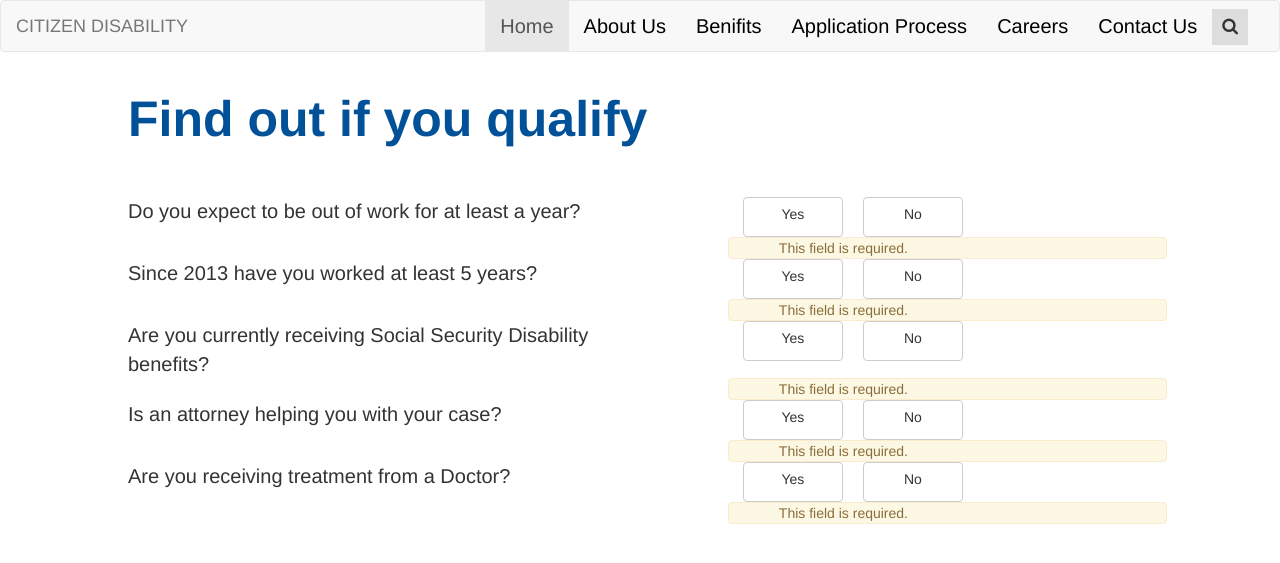
Repository: welcome0605/Embed-html-integrate-with-API
Page: Home.html
An editor plug-in stored every save of this project. The page is shown before and after the next save, followed by the edit.
The browser window is 1280 px wide. The pictures show the whole page.

Above is the page before, as saved 2019-04-27 15:43:38.

### Home.html
<!DOCTYPE html>
<html lang="en">
<head>
  <title>CITIZEN DISABILITY</title>
  <meta charset="utf-8">
  <meta name="viewport" content="width=device-width, initial-scale=1">
  <link rel="stylesheet" href="https://maxcdn.bootstrapcdn.com/bootstrap/3.4.0/css/bootstrap.min.css">
  <script src="https://ajax.googleapis.com/ajax/libs/jquery/3.3.1/jquery.min.js"></script>
  <script src="https://maxcdn.bootstrapcdn.com/bootstrap/3.4.0/js/bootstrap.min.js"></script>
  <link rel = "stylesheet" type = "text/css" href = "./css/base.css" />
  <link rel="stylesheet" href="https://cdnjs.cloudflare.com/ajax/libs/font-awesome/4.7.0/css/font-awesome.min.css">
</head>
<body>

<nav class="navbar navbar-default">
  <div class="container-fluid">
    <div class="navbar-header">
      <a class="navbar-brand" href="Home.html">CITIZEN DISABILITY</a>
    </div>
    <ul class="nav navbar-nav div_right">
      <li class="active"><a href="Home.html">Home</a></li>
      <li><a href="About Us.html">About Us</a></li>
      <li><a href="Benifits.html">Benifits</a></li>
      <li><a href="Application Process.html">Application Process</a></li>
      <li><a href="Careers.html">Careers</a></li>
      <li><a href="Contact Us.html">Contact Us</a></li>
      <!-- <input type="text" placeholder="Search.." name="search"> -->
      <button type="button"><i class="fa fa-search"></i></button>
    </ul>
  </div>
</nav>

<div class="container">
  <!-- <h3>Basic Navbar Example1</h3>
  <p>A navigation bar is a navigation header that is placed at the top of the page.</p> -->
  <!-- <form method="POST"> -->
    <!-- <div class="div_entire"> -->
      <div class="row"><h2 class="title">Find out if you qualify</h2></div>
      <div class="row radio_buttons" >
        <div class="row">
          <div class="col-md-6 div_label">Do you expect to be out of work for at least a year?</div>
          <div class="col-md-1"></div>
          <div class="col-md-5 btn-group-toggle" data-toggle="buttons">
            <label class="btn btn-default radio_q"><input type="radio"  value="Yes"  class="form_input valid" >Yes</label>
            <label class="btn btn-default radio_q"><input type="radio"  value="No"  class="form_input valid" >No</label>
          </div>
        </div>
        <div class="row">
          <div class="col-md-7"></div>
          <div class="alert alert-warning col-md-5 alert1">
            This field is required.
          </div>
        </div>
      </div>

      <div class="row radio_buttons" >
        <div class="row">
          <div class="col-md-6 div_label">Since 2013 have you worked at least 5 years?</div>
          <div class="col-md-1"></div>
          <div class="col-md-5 btn-group-toggle" data-toggle="buttons">
            <label class="btn btn-default radio_q"><input type="radio"  value="Yes"  class="form_input valid" >Yes</label>
            <label class="btn btn-default radio_q"><input type="radio"  value="No"  class="form_input valid" >No</label>
          </div>
        </div>
        <div class="row">
          <div class="col-md-7"></div>
          <div class="alert alert-warning col-md-5 alert2">
            This field is required.
          </div>
        </div>
      </div>

      <div class="row radio_buttons" >
        <div class="row">
          <div class="col-md-6 div_label">Are you currently receiving Social Security Disability benefits?</div>
          <div class="col-md-1"></div>
          <div class="col-md-5 btn-group-toggle" data-toggle="buttons">
            <label class="btn btn-default radio_q"><input type="radio"  value="Yes"  class="form_input valid" >Yes</label>
            <label class="btn btn-default radio_q"><input type="radio"  value="No"  class="form_input valid" >No</label>
          </div>
        </div>
        <div class="row">
          <div class="col-md-7"></div>
          <div class="alert alert-warning col-md-5 alert3">
            This field is required.
          </div>
        </div>
      </div>
      <div class="row radio_buttons" >
        <div class="row">
          <div class="col-md-6 div_label">Is an attorney helping you with your case?</div>
          <div class="col-md-1"></div>
          <div class="col-md-5 btn-group-toggle" data-toggle="buttons">
            <label class="btn btn-default radio_q"><input type="radio"  value="Yes"  class="form_input valid" >Yes</label>
            <label class="btn btn-default radio_q"><input type="radio"  value="No"  class="form_input valid" >No</label>
          </div>
        </div>
        <div class="row">
          <div class="col-md-7"></div>
          <div class="alert alert-warning col-md-5 alert4">
            This field is required.
          </div>
        </div>
      </div>
      <div class="row radio_buttons" >
        <div class="row">
          <div class="col-md-6 div_label">Are you receiving treatment from a Doctor?</div>
          <div class="col-md-1"></div>
          <div class="col-md-5 btn-group-toggle" data-toggle="buttons">
            <label class="btn btn-default radio_q"><input type="radio"  value="Yes"  class="form_input valid" >Yes</label>
            <label class="btn btn-default radio_q"><input type="radio"  value="No"  class="form_input valid" >No</label>
          </div>
        </div>
        <div class="row">
          <div class="col-md-7"></div>
          <div class="alert alert-warning col-md-5 alert5">
            This field is required.
          </div>
        </div>
      </div>
      <!-- <input type="submit" value="Submit"> -->
    <!-- </div> -->
  <!-- </form> -->
</div>

</body>
</html>

### css/base.css
navbar-default .navbar-nav>.active>a, .navbar-default .navbar-nav>.active>a:focus, .navbar-default .navbar-nav>.active>a:hover {
    background-color: #005197 !important;
    color: white;
}

.navbar-default .navbar-nav>li>a {
    color: black;
    font-size: 20px;
}

.div_right input[type=text] {
    padding: 6px;
    margin-top: 8px;
    font-size: 17px;
    border: none;
}

.div_right button {
    float: right;
    padding: 6px 10px;
    margin-top: 8px;
    margin-right: 16px;
    background: #ddd;
    font-size: 17px;
    border: none;
    cursor: pointer;
}

.div_right {
    float: right;
}

/* .radio_buttons {
    display: inline-flex;
} */

.div_label {
    font-size: 20px;
    /* margin-right: 500px; */
}

.btn-group-toggle {
    display: inline-flex;
}

.radio_q {
    width: 500px;
    margin-right: 20px;
    width: 100px;
    height: 40px;
}

.radio_q:active {
    background-color: #005197;
}

.title {
    color: #005197;
    font-weight: 700;
    margin-bottom: 50px;
    font-size: 50px;
}

.container {
    margin: auto 10% auto 10% !important;
    width: 80%;
}

.alert {
    padding: 0 0 0 50px;
    margin-bottom: 0;
}

After the next save:
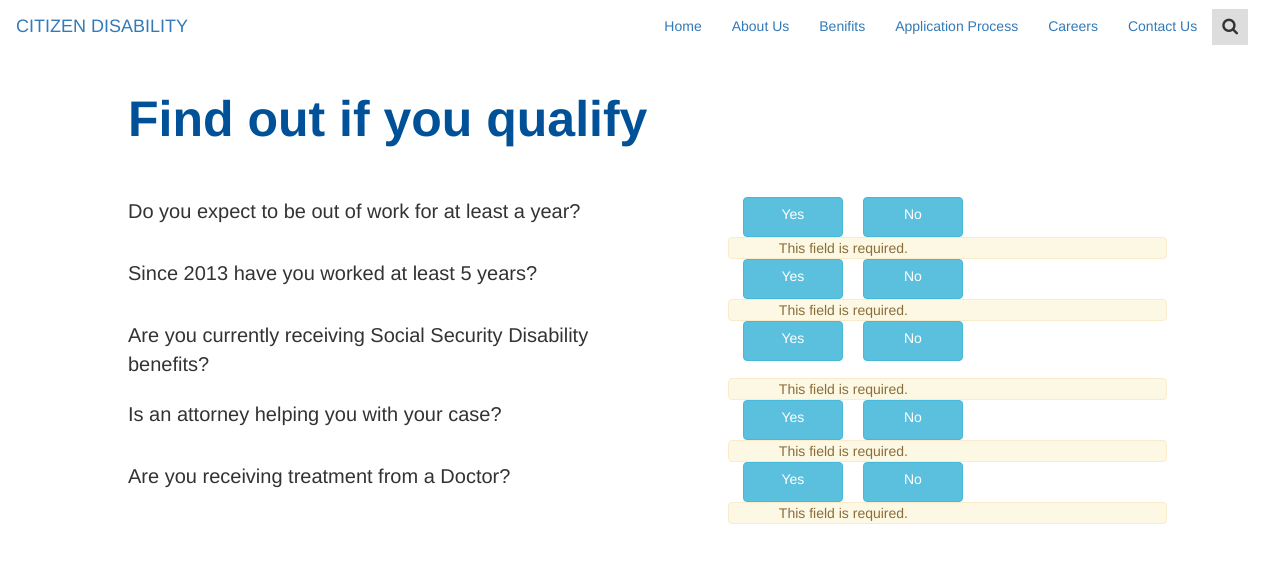
Saved 30 s later.
--- a/Home.html
+++ b/Home.html
@@ -12,7 +12,7 @@
 </head>
 <body>
 
-<nav class="navbar navbar-default">
+<nav class="navbar navbar-info">
   <div class="container-fluid">
     <div class="navbar-header">
       <a class="navbar-brand" href="Home.html">CITIZEN DISABILITY</a>
@@ -41,8 +41,8 @@
           <div class="col-md-6 div_label">Do you expect to be out of work for at least a year?</div>
           <div class="col-md-1"></div>
           <div class="col-md-5 btn-group-toggle" data-toggle="buttons">
-            <label class="btn btn-default radio_q"><input type="radio"  value="Yes"  class="form_input valid" >Yes</label>
-            <label class="btn btn-default radio_q"><input type="radio"  value="No"  class="form_input valid" >No</label>
+            <label class="btn btn-info radio_q"><input type="radio"  value="Yes"  class="form_input valid" >Yes</label>
+            <label class="btn btn-info radio_q"><input type="radio"  value="No"  class="form_input valid" >No</label>
           </div>
         </div>
         <div class="row">
@@ -58,8 +58,8 @@
           <div class="col-md-6 div_label">Since 2013 have you worked at least 5 years?</div>
           <div class="col-md-1"></div>
           <div class="col-md-5 btn-group-toggle" data-toggle="buttons">
-            <label class="btn btn-default radio_q"><input type="radio"  value="Yes"  class="form_input valid" >Yes</label>
-            <label class="btn btn-default radio_q"><input type="radio"  value="No"  class="form_input valid" >No</label>
+            <label class="btn btn-info radio_q"><input type="radio"  value="Yes"  class="form_input valid" >Yes</label>
+            <label class="btn btn-info radio_q"><input type="radio"  value="No"  class="form_input valid" >No</label>
           </div>
         </div>
         <div class="row">
@@ -75,8 +75,8 @@
           <div class="col-md-6 div_label">Are you currently receiving Social Security Disability benefits?</div>
           <div class="col-md-1"></div>
           <div class="col-md-5 btn-group-toggle" data-toggle="buttons">
-            <label class="btn btn-default radio_q"><input type="radio"  value="Yes"  class="form_input valid" >Yes</label>
-            <label class="btn btn-default radio_q"><input type="radio"  value="No"  class="form_input valid" >No</label>
+            <label class="btn btn-info radio_q"><input type="radio"  value="Yes"  class="form_input valid" >Yes</label>
+            <label class="btn btn-info radio_q"><input type="radio"  value="No"  class="form_input valid" >No</label>
           </div>
         </div>
         <div class="row">
@@ -91,8 +91,8 @@
           <div class="col-md-6 div_label">Is an attorney helping you with your case?</div>
           <div class="col-md-1"></div>
           <div class="col-md-5 btn-group-toggle" data-toggle="buttons">
-            <label class="btn btn-default radio_q"><input type="radio"  value="Yes"  class="form_input valid" >Yes</label>
-            <label class="btn btn-default radio_q"><input type="radio"  value="No"  class="form_input valid" >No</label>
+            <label class="btn btn-info radio_q"><input type="radio"  value="Yes"  class="form_input valid" >Yes</label>
+            <label class="btn btn-info radio_q"><input type="radio"  value="No"  class="form_input valid" >No</label>
           </div>
         </div>
         <div class="row">
@@ -107,8 +107,8 @@
           <div class="col-md-6 div_label">Are you receiving treatment from a Doctor?</div>
           <div class="col-md-1"></div>
           <div class="col-md-5 btn-group-toggle" data-toggle="buttons">
-            <label class="btn btn-default radio_q"><input type="radio"  value="Yes"  class="form_input valid" >Yes</label>
-            <label class="btn btn-default radio_q"><input type="radio"  value="No"  class="form_input valid" >No</label>
+            <label class="btn btn-info radio_q"><input type="radio"  value="Yes"  class="form_input valid" >Yes</label>
+            <label class="btn btn-info radio_q"><input type="radio"  value="No"  class="form_input valid" >No</label>
           </div>
         </div>
         <div class="row">
